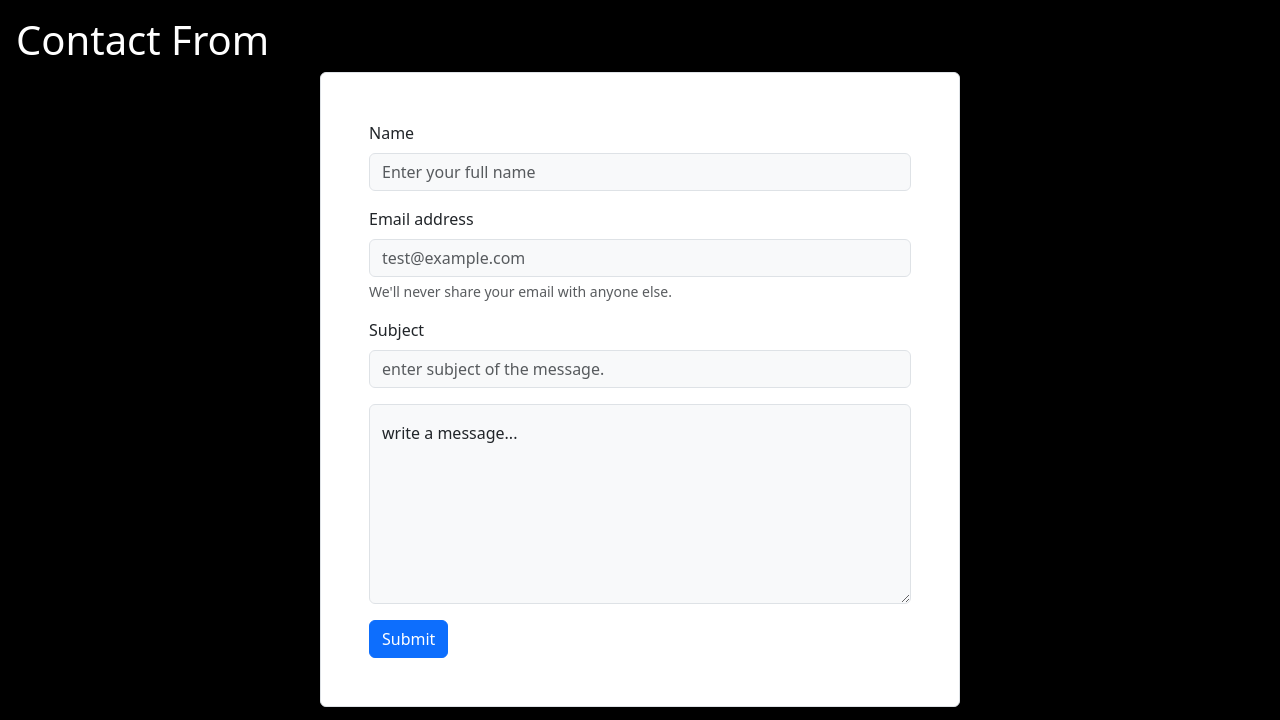
Repository: syni18/bootstrap_form
Page: index.html
These files come from the project's save history. The page is drawn as it stood at one moment and after a run of saves; the edit follows.
The browser window is 1280 px wide. The pictures show the whole page.

Above is the page before, as saved 2023-10-26 15:44:23.

### index.html
<!DOCTYPE html>
<html lang="en">
<head>
    <meta charset="UTF-8">
    <meta name="viewport" content="width=device-width, initial-scale=1.0">
    <link href="https://cdn.jsdelivr.net/npm/bootstrap@5.3.2/dist/css/bootstrap.min.css" rel="stylesheet" integrity="sha384-T3c6CoIi6uLrA9TneNEoa7RxnatzjcDSCmG1MXxSR1GAsXEV/Dwwykc2MPK8M2HN" crossorigin="anonymous">
    <title>Contact From</title>
</head>
<body class="bg-black">
    <h1 class="display-6 ms-3 mt-3 text-white">Contact From</h1>
    <form class="container w-50 border p-5 rounded bg-white">
  <div class="mb-3">
    <label for="exampleInputName1" class="form-label">Name</label>
    <input type="name" class="form-control bg-body-tertiary
" id="exampleInputName1" aria-describedby="NameHelp" placeholder="Enter your full name">
  </div>
  <div class="mb-3">
    <label for="exampleInputEmail1" class="form-label">Email address</label>
    <input type="email" class="form-control bg-body-tertiary" id="exampleInputEmail1" aria-describedby="emailHelp" placeholder="test@example.com">
    <div id="emailHelp" class="form-text">We'll never share your email with anyone else.</div>
  </div>
  <div class="mb-3">
    <label for="exampleInputSubject1" class="form-label">Subject</label>
    <input type="text" class="form-control bg-body-tertiary" id="exampleInputsubject1" aria-describedby="subjectHelp" placeholder="enter subject of the message.">
  </div>
  <div class="form-floating">
  <textarea class="form-control bg-body-tertiary" placeholder="Leave a comment here" id="floatingTextarea2" style="height: 200px"></textarea>
  <label for="floatingTextarea2">write a message...</label>
</div>

  <button type="submit" class="btn btn-primary mt-3">Submit</button>
</form>
    <script src="https://cdn.jsdelivr.net/npm/bootstrap@5.3.2/dist/js/bootstrap.bundle.min.js" integrity="sha384-C6RzsynM9kWDrMNeT87bh95OGNyZPhcTNXj1NW7RuBCsyN/o0jlpcV8Qyq46cDfL" crossorigin="anonymous"></script>
</body>
</html>

After the next 2 saves:
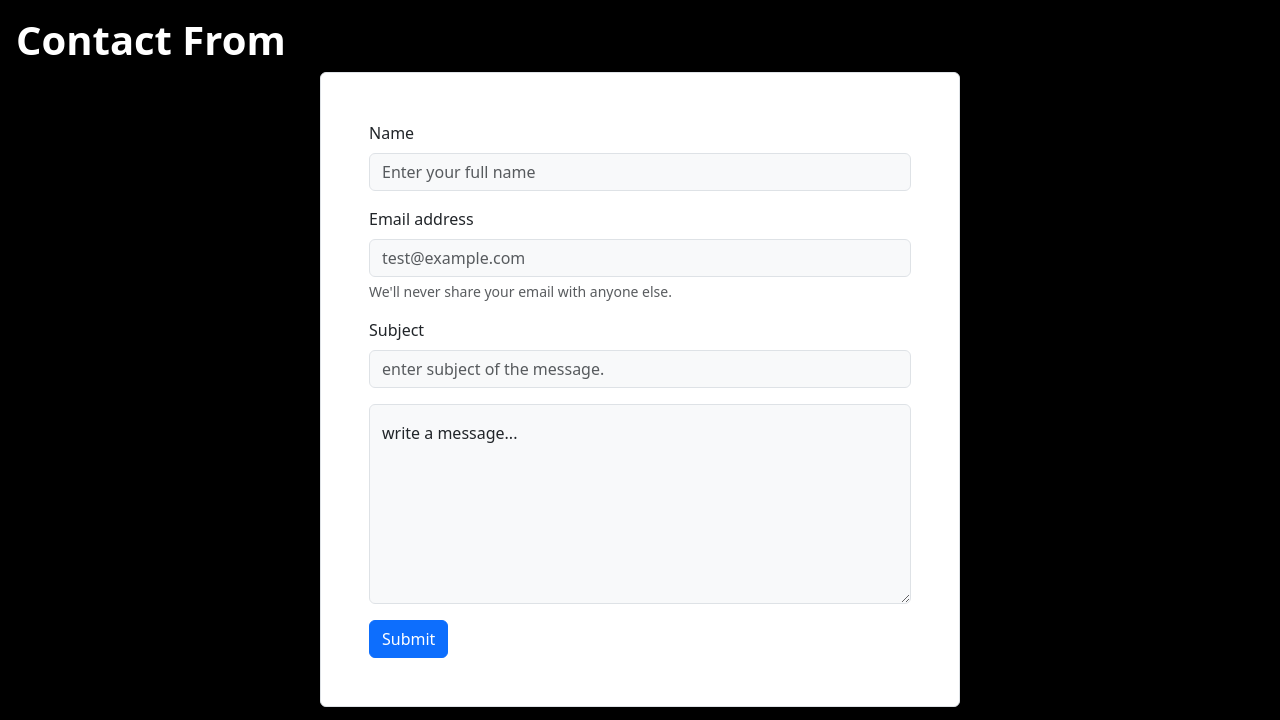
The 2 saves are shown as one change because they came seconds apart.
The last was saved 7 s later.
--- a/index.html
+++ b/index.html
@@ -7,7 +7,7 @@
     <title>Contact From</title>
 </head>
 <body class="bg-black">
-    <h1 class="display-6 ms-3 mt-3 text-white">Contact From</h1>
+    <h1 class="display-6 ms-3 mt-3 text-white fw-bold">Contact From</h1>
     <form class="container w-50 border p-5 rounded bg-white">
   <div class="mb-3">
     <label for="exampleInputName1" class="form-label">Name</label>

After the save that followed:
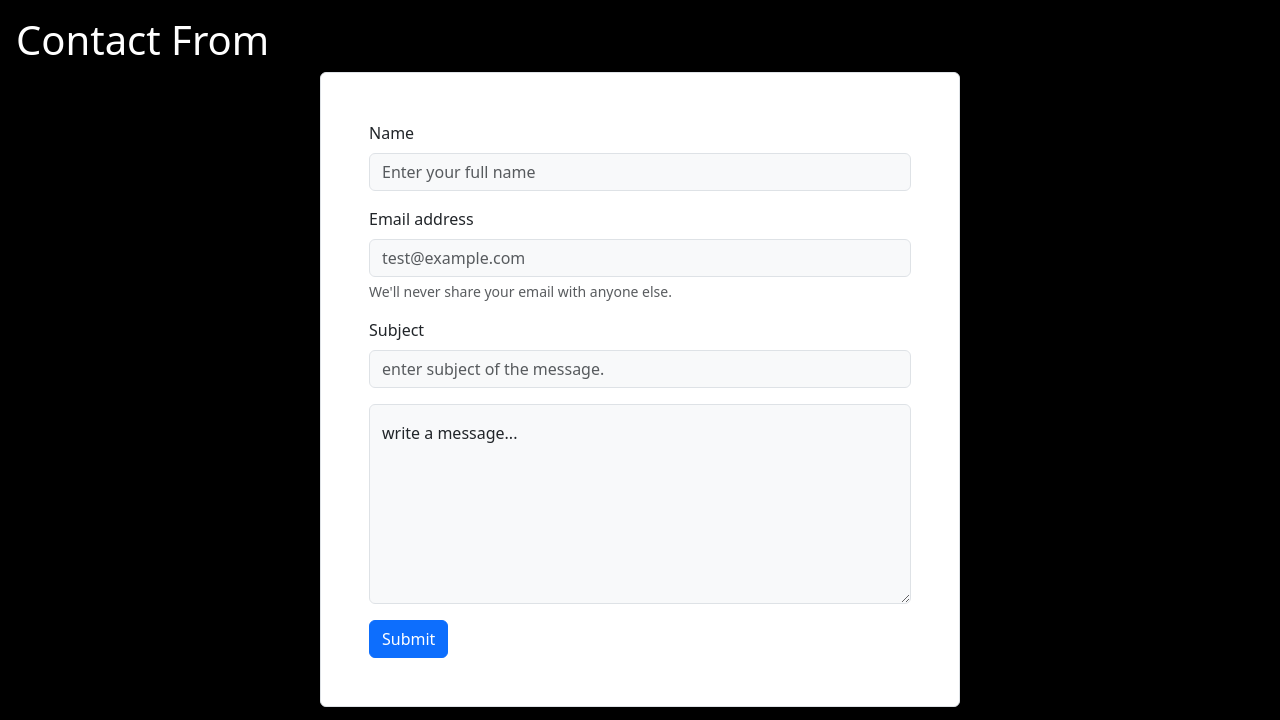
Saved 6 s later.
--- a/index.html
+++ b/index.html
@@ -7,7 +7,7 @@
     <title>Contact From</title>
 </head>
 <body class="bg-black">
-    <h1 class="display-6 ms-3 mt-3 text-white fw-bold">Contact From</h1>
+    <h1 class="display-6 ms-3 mt-3 text-white lead">Contact From</h1>
     <form class="container w-50 border p-5 rounded bg-white">
   <div class="mb-3">
     <label for="exampleInputName1" class="form-label">Name</label>
